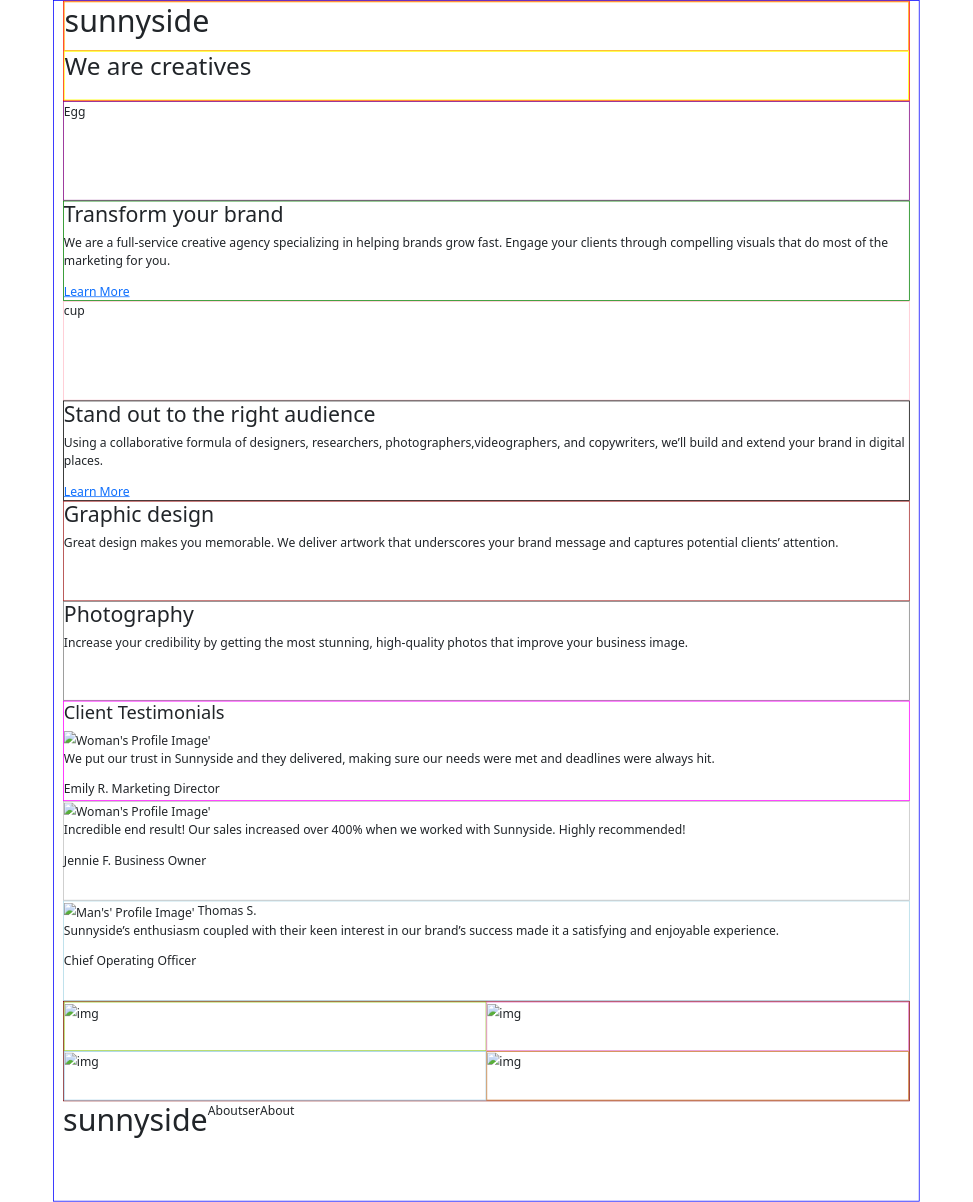
Repository: Roshanell/Sunny-Side-Agency
Page: index.html
The author's editor kept a copy of each file at every save. The page is drawn from the files as they stood at one save, then again after the next save.
The browser window is 1280 px wide. The pictures show the whole page, at 76% of full size.

Above is the page before, as saved 2022-07-01 12:48:02.

### index.html
<!doctype html>
<html lang="en">

  <head>
    <meta charset="utf-8">
    <meta name="viewport" content="width=device-width, initial-scale=1">
    <title>Sunny Side Agency</title>
    <link href="https://cdn.jsdelivr.net/npm/bootstrap@5.2.0-beta1/dist/css/bootstrap.min.css" rel="stylesheet"
      integrity="sha384-0evHe/X+R7YkIZDRvuzKMRqM+OrBnVFBL6DOitfPri4tjfHxaWutUpFmBp4vmVor" crossorigin="anonymous">
    <link href="https://fonts.googleapis.com/icon?family=Material+Icons" rel="stylesheet">
    <link rel="stylesheet" href="css/style.css">
  </head>

  <body>
    <div class="container">
      <div class="homePage">
        <div class="header">
          <h1>sunnyside</h1>
        </div>
        <div class="homeContent">
          <h2>We are creatives</h2>
        </div>
      </div>

      <div class="eggArea">
        <p>Egg</p>
      </div>

      <div class="aboutUsInfo">
        <h3>
          Transform your brand
        </h3>
        <p>We are a full-service creative agency specializing in helping brands grow fast. Engage your clients through
          compelling visuals that do most of the marketing for you. </p>
        <span><a href="#">Learn More</a></span>
      </div>

      <div class="cupImage">
        <p>cup</p>
      </div>

      <div class="standOutInfo">
        <h3>Stand out to the right audience</h3>
        <p> Using a collaborative formula of designers, researchers,
          photographers,videographers, and copywriters, we’ll build and extend your brand in digital places. </p>

        <span><a href="#">Learn More</a></span>
      </div>
      <div class="graphicDesign">
        <h3> Graphic design</h3>
        <p>
          Great design makes you memorable. We deliver artwork that underscores your brand message and captures
          potential clients’ attention.
          <!-- background img with words overlay -->
        </p>
      </div>
      <div class="orangeImage">
        <h3>Photography</h3>
        <p> Increase your credibility by getting the most stunning, high-quality photos that improve your business
          image. </p>
        <!-- background img with words overlay -->
      </div>
      <div class="testimonialOne">
        <h4>Client Testimonials</h4>
        <img src="#" alt="Woman's Profile Image'">
        <p>We put our trust in Sunnyside and they delivered, making sure our needs were met and deadlines were always
          hit.</p>
        <span>Emily R.</span>
        <span>Marketing Director</span>
      </div>
      <div class="testimonialThree">
        <img src="#" alt="Man's' Profile Image'">
        <span>Thomas S.</span>
        <p>Sunnyside’s enthusiasm coupled with their keen interest in our brand’s success made it a satisfying and
          enjoyable experience.</p>
        <span>Chief Operating Officer</span>
      </div>
      <div class="testimonialTwo">
        <img src="#" alt="Woman's Profile Image'">
        <p>Incredible end result! Our sales increased over 400% when we worked with Sunnyside. Highly recommended!</p>
        <span>Jennie F.</span>
        <span>Business Owner</span>
      </div>
      <div class="fourImgs">
        <div class="imgOne">
          <img src="#" alt="img">
        </div>
        <div class="imgTwo">
          <img src="#" alt="img">
        </div>
        <div class="imgThree">
          <img src="#" alt="img">
        </div>
        <div class="imgFour">
          <img src="#" alt="img">
        </div>
      </div>

      <div class="footer">
        <h1>sunnyside</h1>
        <span>About</span>
        <span>ser</span>
        <span>About</span>
      </div>
      <div class="logo">
        <!-- <div class="fbIcon">
          <img src="#" alt="#">
        </div>
        <div class="twiterIcon"></div>
        <div class="igIcon"></div>
        <div class="pinterest"></div> -->
      </div>
    </div>




    <!-- Home
Profile
About
Contacts
  -->




    <script src="https://cdn.jsdelivr.net/npm/bootstrap@5.2.0-beta1/dist/js/bootstrap.bundle.min.js"
      integrity="sha384-pprn3073KE6tl6bjs2QrFaJGz5/SUsLqktiwsUTF55Jfv3qYSDhgCecCxMW52nD2" crossorigin="anonymous"
      type="text/javascript" src="js/main.js">


      </script>

  </body>

</html>

### css/style.css
/* Box Model Hack */
* {
  -moz-box-sizing: border-box;
}

/* Clear fix hack */
.clearfix:after {
  content: ".";
  display: block;
  clear: both;
  visibility: hidden;
  line-height: 0;
  height: 0;
}

.clear {
  clear: both;
}

/******************************************
/* BASE STYLES
/*******************************************/

body {
}

/******************************************
/* LAYOUT
/*******************************************/
.container {
  border: solid 1px blue;
  display: grid;
  grid-template-columns: 1fr;
  grid-template-rows: 1fr 1fr 1fr 1fr 1fr 1fr 1fr 1fr 1fr 1fr 1fr 1fr;
  gap: 0px 0px;
  grid-auto-flow: column dense;
  grid-template-areas:
    "homePage"
    "eggArea"
    "aboutUsInfo"
    "cupImage"
    "standOutInfo"
    "graphicDesign"
    "orangeImage"
    "testimonialOne"
    "testimonialTwo"
    "testimonialThree"
    "fourImgs"
    "footer";
}

.homePage {
  border: solid 1px red;
  display: grid;
  grid-template-columns: 1fr;
  grid-template-rows: 1fr 1fr;
  gap: 0px 0px;
  grid-auto-flow: row;
  grid-template-areas:
    "header"
    "homeContent";
  grid-area: homePage;
}

.header {
  border: solid 1px orange;
  grid-area: header;
}

.homeContent {
  border: solid 1px yellow;
  grid-area: homeContent;
}

.eggArea {
  border: solid 1px purple;
  grid-area: eggArea;
}

.aboutUsInfo {
  border: solid 1px green;
  grid-area: aboutUsInfo;
}

.cupImage {
  border: solid 1px pink;
  grid-area: cupImage;
}

.standOutInfo {
  border: solid 1px black;
  grid-area: standOutInfo;
}

.graphicDesign {
  border: solid 1px brown;
  grid-area: graphicDesign;
}

.orangeImage {
  border: solid 1px gray;
  grid-area: orangeImage;
}

.testimonialOne {
  border: solid 1px fuchsia;
  grid-area: testimonialOne;
}

.testimonialThree {
  border: solid 1px lightblue;
  grid-area: testimonialThree;
}

.testimonialTwo {
  border: solid 1px silver;
  grid-area: testimonialTwo;
}

.fourImgs {
  border: solid 1px maroon;
  display: grid;
  grid-template-columns: 1fr 1fr;
  grid-template-rows: 1fr 1fr;
  gap: 0px 0px;
  grid-template-areas:
    "imgOne imgThree"
    "imgTwo imgFour";
  grid-area: fourImgs;
}

.imgOne {
  border: solid 1px yellowgreen;
}
.imgTwo {
  border: solid 1px rgb(228, 122, 199);
}
.imgThree {
  border: solid 1px rgb(158, 207, 232);
}
.imgFour {
  border: solid 1px rgb(205, 122, 50);
}
.footer {
  display: flex;

  /* border: solid 1px blue;
  display: grid;
  grid-auto-flow: column dense;
  grid-template-columns: 1fr 1fr 1fr;
  grid-template-rows: 1fr 1fr 1fr;
  gap: 0px 0px;
  grid-template-areas:
    ". logoName ."
    "about services projects"
    ". logo .";
  grid-area: footer;
}
.logoName {
  grid-area: logoName;
}
.about {
  grid-area: about;
}
.services {
  display: grid;
  grid-template-columns: 1fr 1fr 1fr;
  grid-template-rows: 1fr 1fr 1fr;
  gap: 0px 0px;
  grid-area: services;
}
.projects {
  grid-area: projects;
}
.logo {
  display: grid;
  grid-template-columns: 1fr 1fr 1fr 1fr;
  grid-template-rows: 1fr;
  gap: 0px 0px;
  grid-template-areas: "fbIcon igIcon twitterIcon pinterest";
  grid-area: logo; */
}
/*
.fbIcon{
    border: solid 1px silver;
    grid-area: fbIcon;
}
.igIcon{
  border: solid 1px red;
  grid-area: fbIcon;
}
.twitterIcon{
  border: solid 1px midnightblue;
  grid-area: twitterIcon;
}
.pinterest{
  border: solid 1px plum;
  grid-area: pinterest;
} */


/******************************************
/* ADDITIONAL STYLES
/*******************************************/

After the next save:
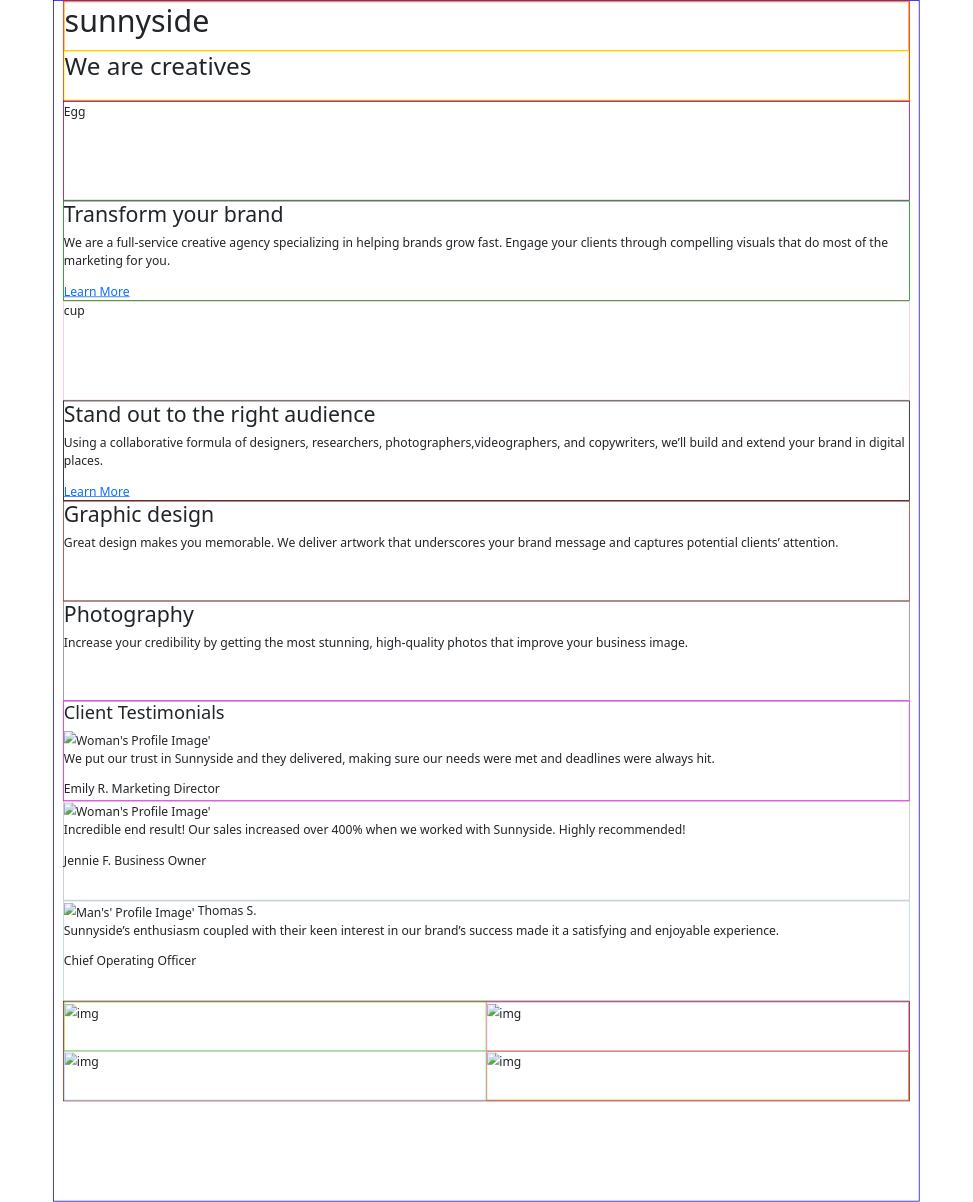
Saved 13 s later.
--- a/index.html
+++ b/index.html
@@ -97,10 +97,10 @@
       </div>
 
       <div class="footer">
-        <h1>sunnyside</h1>
+        <!-- <h1>sunnyside</h1>
         <span>About</span>
         <span>ser</span>
-        <span>About</span>
+        <span>About</span> -->
       </div>
       <div class="logo">
         <!-- <div class="fbIcon">
